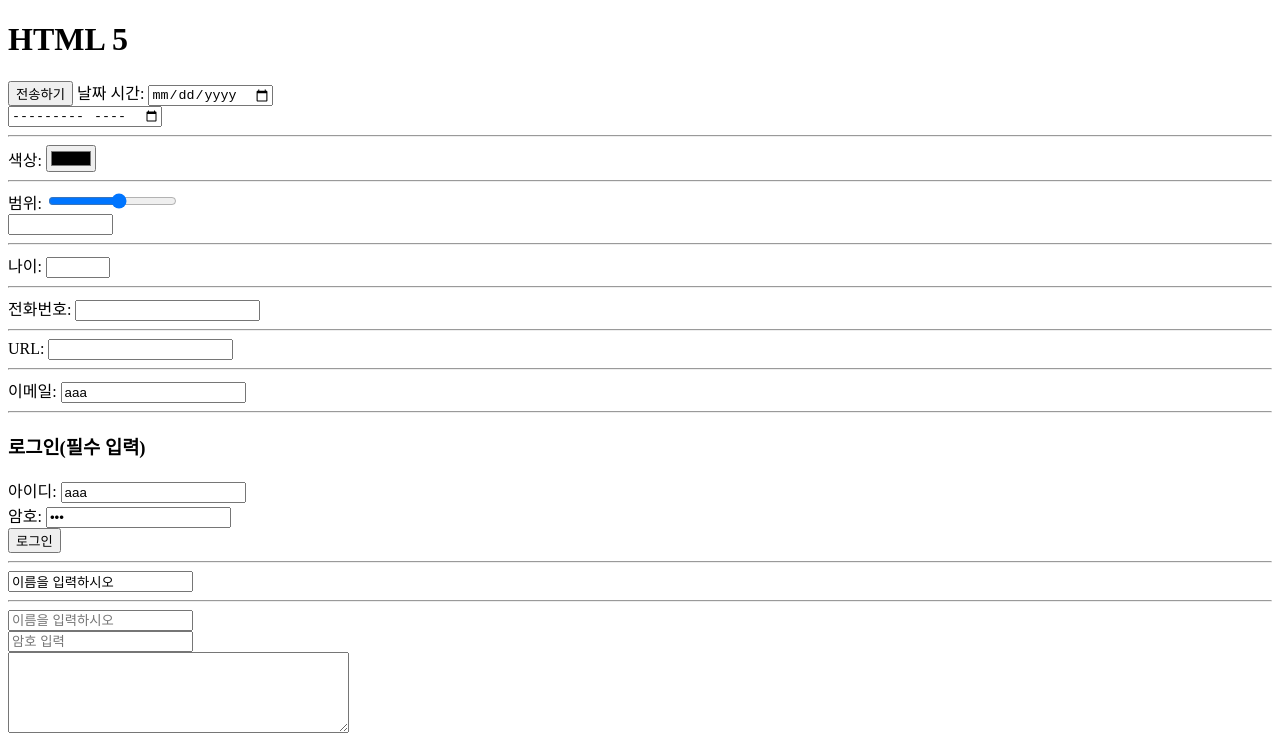
Repository: seula123/Front-End
Page: ClientTest/src/main/webapp/html/ex19.html
These files come from the project's save history. The page is drawn as it stood at one moment and after the next save; the edit follows.
The browser window is 1280 px wide. The pictures show the whole page.

Above is the page before, as saved 2023-09-21 08:39:02.

### ClientTest/src/main/webapp/html/ex19.html
<!DOCTYPE html>
<html>
<head>
<meta charset="UTF-8">
<title>Insert title here</title>
</head>
<body>

	<!-- ex19.html -->
	<h1>HTML 5</h1>

	<form method = "POST" action = "ex18_server.jsp">

		<input type = "submit" value="전송하기">




		날짜 시간:
		<input type = "date">
		<br>
		<input type = "month">


		<hr>
		색상: <input type = "color" onchange="document.body.bgColor=this.value;">




		<hr>
			범위: <input type = "range"
					onchange = "document.getElementById('txt1').value=this.value;"
					min="10" max="100" step="10">
			<br>
			<input type ="text" id="txt1" size="10">


		<hr>
		나이: <input type ="number" min="0" max="100">


		<hr>

		전화번호: <input type ='tel'>

		<hr>
			URL: <input type ="url">
		<hr>


			이메일: <input type = "email"required value="aaa">




		<hr>

			<h3>로그인(필수 입력)</h3>
				아이디: <input type = "text" required value="aaa"><br>
				암호: <input type = "password" required value="bbb"><br>
				<input type = "submit" value = "로그인">



		<hr>
		<input type = "text" value="이름을 입력하시오"
		onfocus = "this.value = '';">

		<hr>

		<input type = "text" placeholder = "이름을 입력하시오">
		<br>
		<input type = "password" placeholder = "암호 입력">
		<br>
		<textarea cols ="40" rows ="5" placeholder = "자기소개">



		</textarea>

	</form>








</body>
</html>

After the next save:
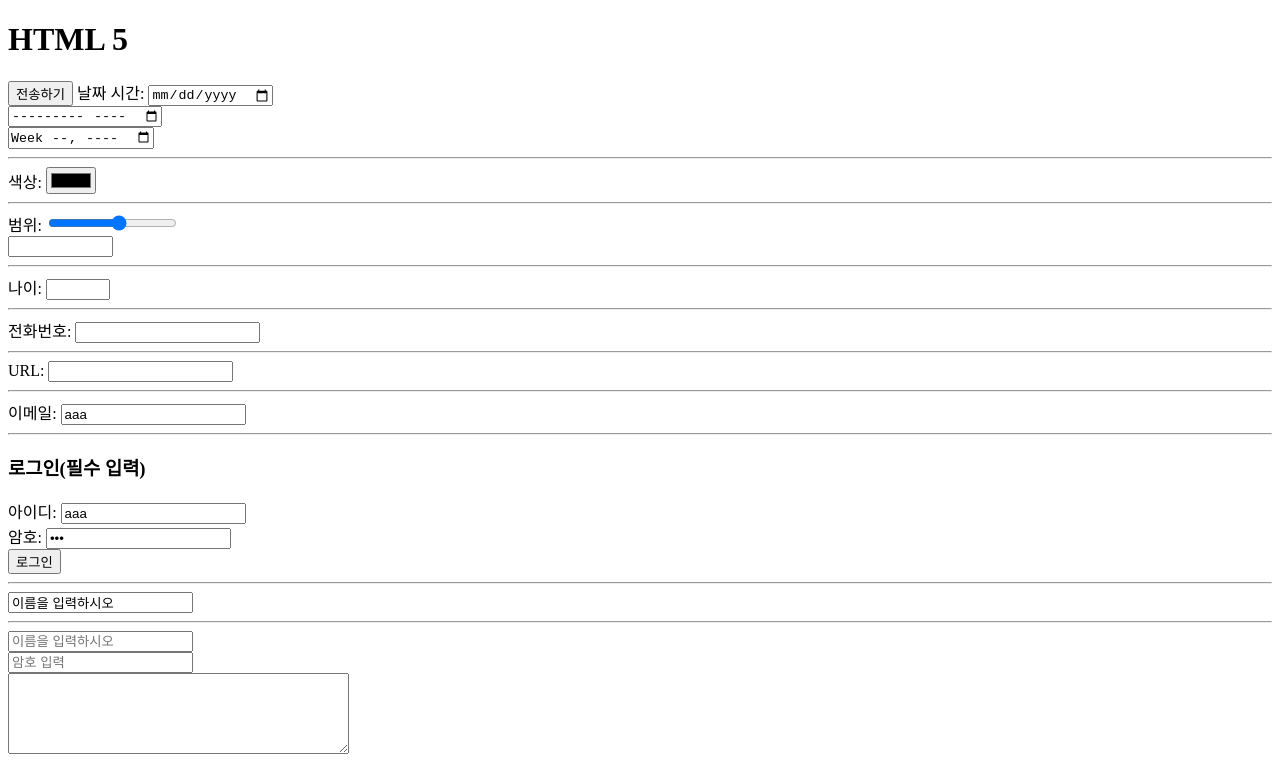
Saved 67 s later.
--- a/ClientTest/src/main/webapp/html/ex19.html
+++ b/ClientTest/src/main/webapp/html/ex19.html
@@ -20,6 +20,9 @@
 		<input type = "date">
 		<br>
 		<input type = "month">
+		<br>
+		<input type = "week">
+
 
 
 		<hr>
